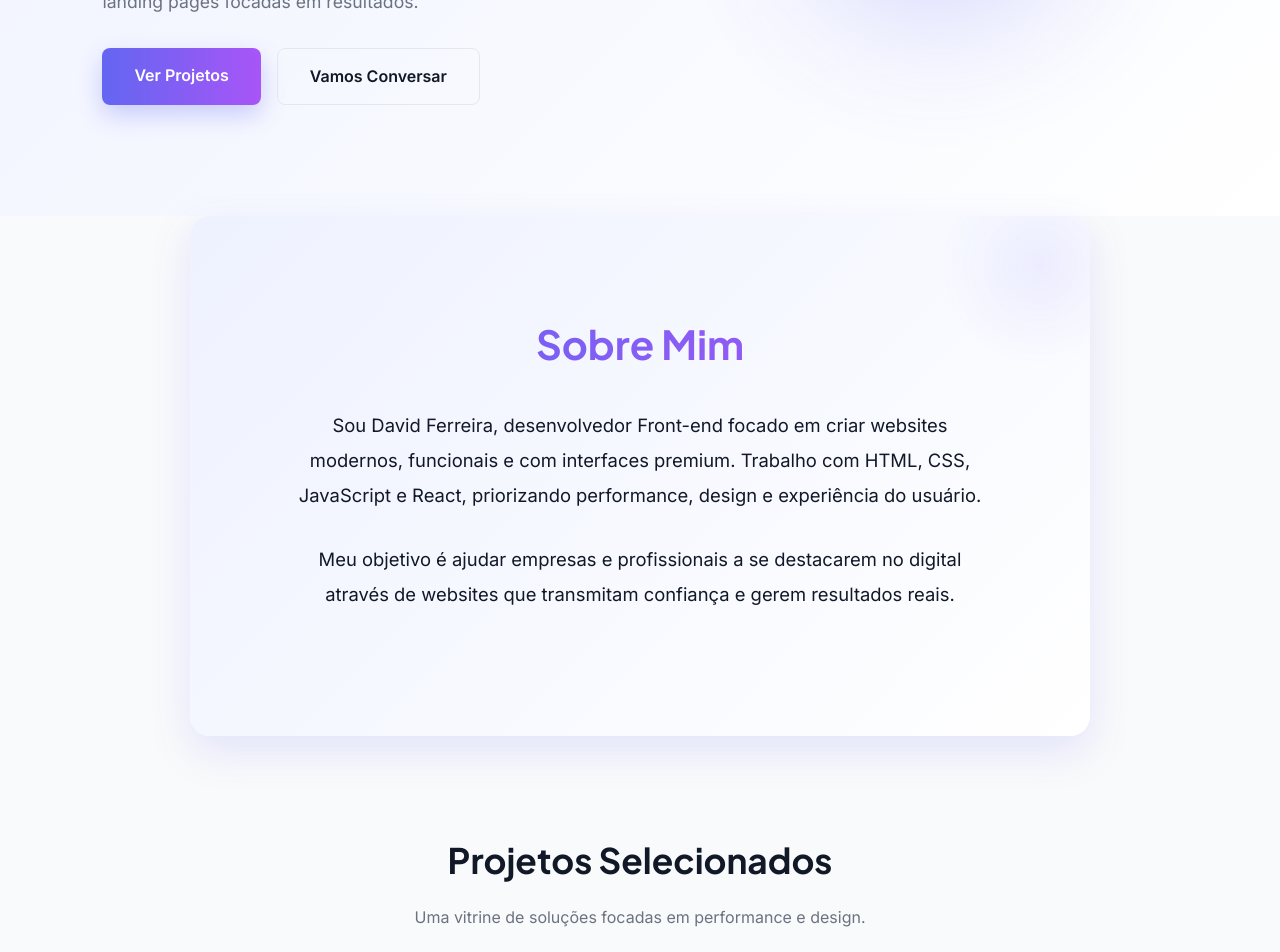
Repository: davidfsillva/David_Ferreira
Page: index.html
An editor plug-in stored every save of this project. The page is shown before and after a run of saves, followed by the edit.
The browser window is 1280 px wide. The pictures show the part of the page from y = 504 to 1456 px (the page is 2824 px tall before and 2789 px after).
Pictures or frames that could not be fetched are drawn as grey boxes.

Above is the page before, as saved 2026-02-11 12:02:45.
Console error: TypeError: Cannot read properties of null (reading 'addEventListener')

### index.html
<!DOCTYPE html>
<html lang="pt-BR">
<head>
    <meta charset="UTF-8">
    <meta name="viewport" content="width=device-width, initial-scale=1.0">

    <title>David Ferreira | Desenvolvedor Front-end & UI Designer Premium</title>

    <!-- SEO Primário -->
    <meta name="description" content="David Ferreira é desenvolvedor front-end especializado em interfaces premium, landing pages de alta conversão e experiências digitais modernas.">
    <meta name="keywords" content="Desenvolvedor Front-end, Web Designer, UI Designer, Landing Page, Desenvolvimento Web, Freelancer Brasil">
    <meta name="author" content="David Ferreira">
    <meta name="robots" content="index, follow">
    <link rel="canonical" href="https://seudominio.com/">

    <!-- Open Graph (Facebook, LinkedIn) -->
    <meta property="og:title" content="David Ferreira | Desenvolvedor Front-end Premium">
    <meta property="og:description" content="Interfaces digitais de alto padrão, focadas em performance e conversão.">
    <meta property="og:image" content="https://seudominio.com/preview.jpg">
    <meta property="og:url" content="https://seudominio.com/">
    <meta property="og:type" content="website">

    <!-- Twitter Card -->
    <meta name="twitter:card" content="summary_large_image">
    <meta name="twitter:title" content="David Ferreira | Web Developer">
    <meta name="twitter:description" content="Desenvolvimento web premium focado em performance e design moderno.">
    <meta name="twitter:image" content="https://seudominio.com/preview.jpg">

    <!-- Favicon -->
    <link rel="icon" href="favicon.ico" type="image/x-icon">

    <!-- Fonts -->
    <link href="https://fonts.googleapis.com/css2?family=Inter:wght@300;400;600&family=Plus+Jakarta+Sans:wght@700;800&display=swap" rel="stylesheet">

    <link rel="stylesheet" href="style.css">
</head>


<body>

    <!-- NAVBAR -->
    <nav class="navbar">
        <div class="logo">David | Web Developer<span>.</span></div>
        <ul class="nav-links">
            <li><a href="#about">Sobre</a></li>
            <li><a href="#portfolio">Projetos</a></li>
            <li><a href="#contact" class="btn-sm">Contato</a></li>
        </ul>
    </nav>

    <!-- HERO -->
    <section class="hero">
        <div class="hero-content">
            <h1>Transformando código em <span>experiências digitais de elite</span></h1>
            <p>Desenvolvedor Front-end especializado em interfaces de alto padrão e landing pages focadas em resultados.</p>
            <div class="hero-btns">
                <a href="#portfolio" class="btn-primary">Ver Projetos</a>
                <a href="#contact" class="btn-secondary">Vamos Conversar</a>
            </div>
        </div>
        <div class="hero-visual">
            <div class="hero-glow"></div>
        </div>
    </section>

    <!-- SOBRE -->
    <section id="about" class="section">
        <h2>Sobre Mim</h2>
        <p>Sou David Ferreira, desenvolvedor Front-end focado em criar websites modernos, funcionais e com interfaces premium. Trabalho com HTML, CSS, JavaScript e React, priorizando performance, design e experiência do usuário.</p>
        <p>Meu objetivo é ajudar empresas e profissionais a se destacarem no digital através de websites que transmitam confiança e gerem resultados reais.</p>
    </section>

    <!-- PORTFÓLIO -->
    <section id="portfolio" class="portfolio">
        <div class="section-header">
            <h2>Projetos Selecionados</h2>
            <p>Uma vitrine de soluções focadas em performance e design.</p>
        </div>
        <div class="portfolio-grid">
            <!-- Projeto 1 -->
            <a href="https://davidfsillva.github.io/Alex-Carter/" target="_blank" class="project-link">
                <div class="project-card">
                    <div class="card-image">
                        <img src="img/alex.png" alt="Projeto Alex Carter">
                        <div class="card-overlay"><span>Ver Detalhes</span></div>
                    </div>
                    <div class="card-info">
                        <h3>Alex Carter | Landing Page</h3>
                        <p>Website de personal branding para atleta profissional.</p>
                    </div>
                </div>
            </a>

            <!-- Projeto 2 -->
            <a href="https://davidfsillva.github.io/e-hammershark/" target="_blank" class="project-link">
                <div class="project-card">
                    <div class="card-image">
                        <img src="img/ecomerce.png" alt="Projeto Hammershark">
                        <div class="card-overlay"><span>Ver Detalhes</span></div>
                    </div>
                    <div class="card-info">
                        <h3>Hammershark | E-commerce</h3>
                        <p>E-commerce de moda fitness, focado em branding e experiência de compra.</p>
                    </div>
                </div>
            </a>

            <!-- Projeto 3 -->
            <a href="https://davidfsillva.github.io/landing-page/" target="_blank" class="project-link">
                <div class="project-card">
                    <div class="card-image">
                        <img src="img/landingpage.png" alt="Projeto Landing Page">
                        <div class="card-overlay"><span>Ver Detalhes</span></div>
                    </div>
                    <div class="card-info">
                        <h3>Lucas Andrade | Landing Page</h3>
                        <p>Landing page estratégica para geração de leads e conversão.</p>
                    </div>
                </div>
            </a>

            <!-- Projeto 4 -->
            <a href="https://davidfsillva.github.io/beatriz-almeida-adv/" target="_blank" class="project-link">
                <div class="project-card">
                    <div class="card-image">
                        <img src="img/adv.png" alt="Projeto Beatriz Almeida Advogados">
                        <div class="card-overlay"><span>Ver Detalhes</span></div>
                    </div>
                    <div class="card-info">
                        <h3>Beatriz Almeida Advogados | Website Institucional</h3>
                        <p>Website institucional transmitindo autoridade e confiança.</p>
                    </div>
                </div>
            </a>
        </div>
    </section>

    <!-- CTA / CONTATO -->
    <section id="contact" class="cta-section">
        <h2>Pronto para elevar seu nível digital?</h2>
        <p>Vamos transformar sua ideia em uma interface de classe mundial.</p>
        <a href="https://wa.me/5599999999999" target="_blank" class="btn-whatsapp">Iniciar Conversa no WhatsApp</a>
    </section>

    <!-- FOOTER -->
    <footer>
        <div class="footer-content">
            <p>&copy; 2026 David Ferreira. Todos os direitos reservados.</p>
            <div class="social-links">
                <a href="#" target="_blank">Instagram</a>
                <a href="#" target="_blank">LinkedIn</a>
                <a href="#" target="_blank">GitHub</a>
            </div>
        </div>
    </footer>

    <script src="scripts.js"></script>
</body>
</html>
</html>

### style.css
:root {
  --primary: #6366f1;
  --primary-light: #818cf8;
  --accent: #a855f7;
  --text-dark: #111827;
  --text-light: #6b7280;
  --bg-light: #f9fafb;
  --white: #ffffff;
  --transition: all 0.3s ease;
}

/* RESET */
* {
  margin: 0;
  padding: 0;
  box-sizing: border-box;
}

html {
  scroll-behavior: smooth;
}

body {
  font-family: 'Inter', sans-serif;
  background: var(--bg-light);
  color: var(--text-dark);
  line-height: 1.6;
  animation: fadePage 0.8s ease-in-out;
}

@keyframes fadePage {
  from { opacity: 0; transform: translateY(10px); }
  to { opacity: 1; transform: translateY(0); }
}

/* NAVBAR */
.navbar {
  position: fixed;
  width: 100%;
  top: 0;
  padding: 1.5rem 8%;
  display: flex;
  justify-content: space-between;
  align-items: center;
  background: rgba(255,255,255,0.85);
  backdrop-filter: blur(12px);
  box-shadow: 0 4px 20px rgba(0,0,0,0.05);
  z-index: 1000;
  transition: var(--transition);
}

.logo {
  font-family: 'Plus Jakarta Sans', sans-serif;
  font-weight: 800;
  font-size: 1.5rem;
}

.logo span {
  color: var(--primary);
}

.nav-links {
  display: flex;
  list-style: none;
  gap: 2rem;
}

.nav-links a {
  text-decoration: none;
  color: var(--text-light);
  font-weight: 500;
  transition: var(--transition);
}

.nav-links a:hover {
  color: var(--primary);
  transform: translateY(-2px);
}

/* HERO */
.hero {
  min-height: 100vh;
  padding: 120px 8% 60px;
  display: flex;
  align-items: center;
  justify-content: space-between;
  background: linear-gradient(135deg, #eef2ff, #ffffff);
  flex-wrap: wrap;
}

.hero-content {
  max-width: 600px;
  animation: heroFade 1s ease 0.2s both;
}

@keyframes heroFade {
  from { opacity: 0; transform: translateY(40px); }
  to { opacity: 1; transform: translateY(0); }
}

.badge {
  display: inline-block;
  padding: 0.5rem 1rem;
  background: rgba(99,102,241,0.1);
  color: var(--primary);
  border-radius: 20px;
  font-size: 0.8rem;
  font-weight: 600;
  margin-bottom: 1.5rem;
}

.hero h1 {
  font-family: 'Plus Jakarta Sans', sans-serif;
  font-size: clamp(2rem, 5vw, 3.5rem);
  line-height: 1.2;
  margin-bottom: 1.5rem;
}

.hero h1 span {
  background: linear-gradient(90deg, var(--primary), var(--accent));
  -webkit-background-clip: text;
  -webkit-text-fill-color: transparent;
}

.hero p {
  font-size: 1.1rem;
  color: var(--text-light);
  margin-bottom: 2rem;
}

/* BUTTONS */
.btn-primary,
.btn-secondary,
.btn-whatsapp {
  display: inline-block;
  padding: 0.9rem 2rem;
  border-radius: 8px;
  text-decoration: none;
  font-weight: 600;
  transition: all 0.3s ease;
  position: relative;
  overflow: hidden;
}

.btn-primary {
  background: linear-gradient(90deg, var(--primary), var(--accent));
  color: white;
  box-shadow: 0 10px 25px rgba(99,102,241,0.3);
}

.btn-primary:hover {
  transform: translateY(-4px) scale(1.03);
}

.btn-primary:active {
  transform: scale(0.96);
}

.btn-primary::after {
  content: "";
  position: absolute;
  width: 200%;
  height: 200%;
  background: radial-gradient(circle, rgba(255,255,255,0.4), transparent 60%);
  top: -50%;
  left: -50%;
  opacity: 0;
  transition: opacity 0.4s ease;
}

.btn-primary:hover::after {
  opacity: 1;
}

.btn-secondary {
  border: 1px solid #e5e7eb;
  color: var(--text-dark);
  margin-left: 1rem;
}

.btn-secondary:hover {
  background: #f3f4f6;
  transform: translateY(-4px);
}

.btn-secondary:active {
  transform: scale(0.96);
}

.btn-whatsapp {
  background: #25d366;
  color: white;
}

.btn-whatsapp:hover {
  transform: translateY(-4px) scale(1.03);
}

.btn-whatsapp:active {
  transform: scale(0.96);
}

.hero-btns {
  display: flex;
  flex-wrap: wrap;
}

#about {
  text-align: center;
  max-width: 900px; /* ocupa mais largura sem ficar exagerado */
  margin: 0 auto;
  padding: 6rem 8%;
  background: linear-gradient(135deg, #eef2ff 0%, #ffffff 100%); /* combina com hero */
  border-radius: 20px; /* bordas suaves */
  box-shadow: 0 15px 40px rgba(99,102,241,0.15); /* sombra leve e elegante */
  position: relative;
  overflow: hidden;
}

#about::before {
  content: "";
  position: absolute;
  width: 200px;
  height: 200px;
  background: radial-gradient(circle, rgba(163,155,253,0.2), transparent 70%);
  top: -50px;
  right: -50px;
  border-radius: 50%;
  z-index: 0;
  animation: pulseGlow 6s infinite ease-in-out;
}

#about h2 {
  font-family: 'Plus Jakarta Sans', sans-serif;
  font-size: clamp(2rem, 4vw, 2.5rem);
  margin-bottom: 2rem;
  position: relative;
  z-index: 1;
  background: linear-gradient(90deg, var(--primary), var(--accent));
  -webkit-background-clip: text;
  -webkit-text-fill-color: transparent;
}

#about p {
  font-size: 1.15rem;
  line-height: 1.9;
  color: var(--text-dark);
  margin-bottom: 1.8rem;
  position: relative;
  z-index: 1;
  opacity: 0;
  transform: translateY(20px);
  animation: fadeUp 1s forwards;
  animation-delay: 0.3s;
}

/* Animação suave */
@keyframes fadeUp {
  to {
    opacity: 1;
    transform: translateY(0);
  }
}



/* HERO VISUAL */
.hero-visual {
  flex: 1;
  min-height: 400px;
  display: flex;
  justify-content: center;
  align-items: center;
}

.hero-glow {
  width: 350px;
  height: 350px;
  background: radial-gradient(circle, rgba(99,102,241,0.4), transparent 70%);
  border-radius: 50%;
  filter: blur(60px);
  animation: pulseGlow 4s infinite ease-in-out;
}

@keyframes pulseGlow {
  0% { transform: scale(1); opacity: 0.7; }
  50% { transform: scale(1.1); opacity: 1; }
  100% { transform: scale(1); opacity: 0.7; }
}

/* PORTFOLIO */
.portfolio {
  padding: 6rem 8%;
}

.section-header {
  text-align: center;
  margin-bottom: 4rem;
}

.section-header h2 {
  font-family: 'Plus Jakarta Sans', sans-serif;
  font-size: 2.2rem;
  margin-bottom: 1rem;
}

.section-header p {
  color: var(--text-light);
}

.portfolio-grid {
  display: grid;
  grid-template-columns: repeat(auto-fit, minmax(280px, 1fr));
  gap: 2rem;
}

.project-card {
  background: var(--white);
  border-radius: 16px;
  overflow: hidden;
  box-shadow: 0 10px 30px rgba(0,0,0,0.06);
  cursor: pointer;
  transition: transform 0.4s ease, box-shadow 0.4s ease;
  will-change: transform;
}

.project-card:hover {
  transform: translateY(-12px) scale(1.03);
  box-shadow: 0 25px 50px rgba(99,102,241,0.2);
}

.card-image {
  position: relative;
  overflow: hidden;
}

.card-image img {
  width: 100%;
  height: 220px;
  object-fit: cover;
  display: block;
  transition: transform 0.6s ease;
}

.project-card:hover .card-image img {
  transform: scale(1.08);
}

.card-overlay {
  position: absolute;
  inset: 0;
  background: rgba(99,102,241,0.8);
  display: flex;
  justify-content: center;
  align-items: center;
  color: white;
  font-weight: 600;
  opacity: 0;
  transition: opacity 0.4s ease;
}

.project-card:hover .card-overlay {
  opacity: 1;
}

.card-info {
  padding: 1.5rem;
}

.card-info h3 {
  margin-bottom: 0.5rem;
}

.card-info p {
  color: var(--text-light);
}

.project-link {
  text-decoration: none;
  color: inherit;
  display: block;
}


/* CTA */
.cta-section {
  padding: 5rem 8%;
  text-align: center;
  background: linear-gradient(135deg, #eef2ff, #ffffff);
}

/* FOOTER */
footer {
  padding: 2rem 8%;
  background: var(--white);
  border-top: 1px solid #e5e7eb;
}

.footer-content {
  display: flex;
  justify-content: space-between;
  flex-wrap: wrap;
  gap: 1rem;
}

.social-links a {
  text-decoration: none;
  margin-left: 1rem;
  color: var(--text-light);
  transition: var(--transition);
}

.social-links a:hover {
  color: var(--primary);
  transform: translateY(-2px);
}

.cta-section p {
  color: var(--text-light);
  margin-bottom: 2.5rem; /* aumenta espaço abaixo do texto */
}

.btn-whatsapp {
  display: inline-block;
  background: #25d366;
  color: white;
  padding: 1rem 2rem;
  border-radius: 8px;
  text-decoration: none;
  font-weight: 600;
  transition: var(--transition);
  margin-top: 0.5rem; /* pequeno respiro extra */
}


/* MODAL */
.modal-overlay {
  position: fixed;
  inset: 0;
  background: rgba(0,0,0,0.6);
  display: none;
  justify-content: center;
  align-items: center;
  padding: 2rem;
  z-index: 2000;
}

.modal-content {
  background: white;
  width: 100%;
  max-width: 900px;
  border-radius: 20px;
  overflow: hidden;
  animation: modalZoom 0.4s cubic-bezier(.23,1,.32,1);
  position: relative;
}

@keyframes modalZoom {
  from { opacity: 0; transform: scale(0.85) translateY(20px); }
  to { opacity: 1; transform: scale(1) translateY(0); }
}

.modal-body {
  display: grid;
  grid-template-columns: 1fr 1fr;
}

.modal-img {
  min-height: 300px;
  background-size: cover !important;
}

.modal-text {
  padding: 2rem;
}

.close-modal {
  position: absolute;
  top: 20px;
  right: 25px;
  background: none;
  border: none;
  font-size: 2rem;
  cursor: pointer;
  transition: transform 0.3s ease;
}

.close-modal:hover {
  transform: rotate(90deg);
}

/* RESPONSIVO */
@media (max-width: 900px) {
  .hero {
    flex-direction: column;
    text-align: center;
  }

  .hero-visual {
    margin-top: 3rem;
  }

  .modal-body {
    grid-template-columns: 1fr;
  }
}

@media (max-width: 600px) {
  .navbar {
    padding: 1rem 5%;
  }

  .nav-links {
    display: none;
  }

  .hero {
    padding: 100px 5% 60px;
  }

  .portfolio {
    padding: 4rem 5%;
  }

  .cta-section {
    padding: 4rem 5%;
  }

  footer {
    padding: 2rem 5%;
  }

  .footer-content {
    flex-direction: column;
    text-align: center;
  }

  .social-links a {
    margin: 0 0.5rem;
  }
}

### scripts.js
// =============================
// NAVBAR SCROLL EFFECT
// =============================
const navbar = document.querySelector(".navbar");

window.addEventListener("scroll", () => {
  if (window.scrollY > 50) {
    navbar.style.padding = "1rem 8%";
    navbar.style.boxShadow = "0 8px 25px rgba(0,0,0,0.08)";
  } else {
    navbar.style.padding = "1.5rem 8%";
    navbar.style.boxShadow = "0 4px 20px rgba(0,0,0,0.05)";
  }
});

// =============================
// MODAL FUNCTIONALITY
// =============================
const modal = document.querySelector(".modal-overlay");
const modalImg = document.querySelector(".modal-img");
const modalTitle = document.querySelector(".modal-text h3");
const modalDesc = document.querySelector(".modal-text p");
const closeModal = document.querySelector(".close-modal");

const projectCards = document.querySelectorAll(".project-card");

projectCards.forEach(card => {
  card.addEventListener("click", () => {
    const title = card.querySelector("h3").innerText;
    const desc = card.querySelector("p").innerText;
    const img = card.querySelector("img").src;

    modalTitle.innerText = title;
    modalDesc.innerText = desc;
    modalImg.style.backgroundImage = `url(${img})`;

    modal.style.display = "flex";
    document.body.style.overflow = "hidden";
  });
});

// Fechar modal
closeModal.addEventListener("click", () => {
  modal.style.display = "none";
  document.body.style.overflow = "auto";
});

// Fechar clicando fora
modal.addEventListener("click", (e) => {
  if (e.target === modal) {
    modal.style.display = "none";
    document.body.style.overflow = "auto";
  }
});

// Fechar com ESC
document.addEventListener("keydown", (e) => {
  if (e.key === "Escape") {
    modal.style.display = "none";
    document.body.style.overflow = "auto";
  }
});

// =============================
// SCROLL REVEAL ANIMATION
// =============================
const revealElements = document.querySelectorAll(
  ".hero-content, .project-card, .section-header, .cta-section"
);

const observer = new IntersectionObserver(
  (entries) => {
    entries.forEach(entry => {
      if (entry.isIntersecting) {
        entry.target.style.opacity = "1";
        entry.target.style.transform = "translateY(0)";
      }
    });
  },
  { threshold: 0.2 }
);

revealElements.forEach(el => {
  el.style.opacity = "0";
  el.style.transform = "translateY(40px)";
  el.style.transition = "all 0.8s ease";
  observer.observe(el);
});

// =============================
// BUTTON MICRO INTERACTION
// =============================
const buttons = document.querySelectorAll(".btn-primary, .btn-secondary, .btn-whatsapp");

buttons.forEach(btn => {
  btn.addEventListener("mouseenter", () => {
    btn.style.transform = "scale(1.05)";
  });

  btn.addEventListener("mouseleave", () => {
    btn.style.transform = "scale(1)";
  });
});

After the next 2 saves:
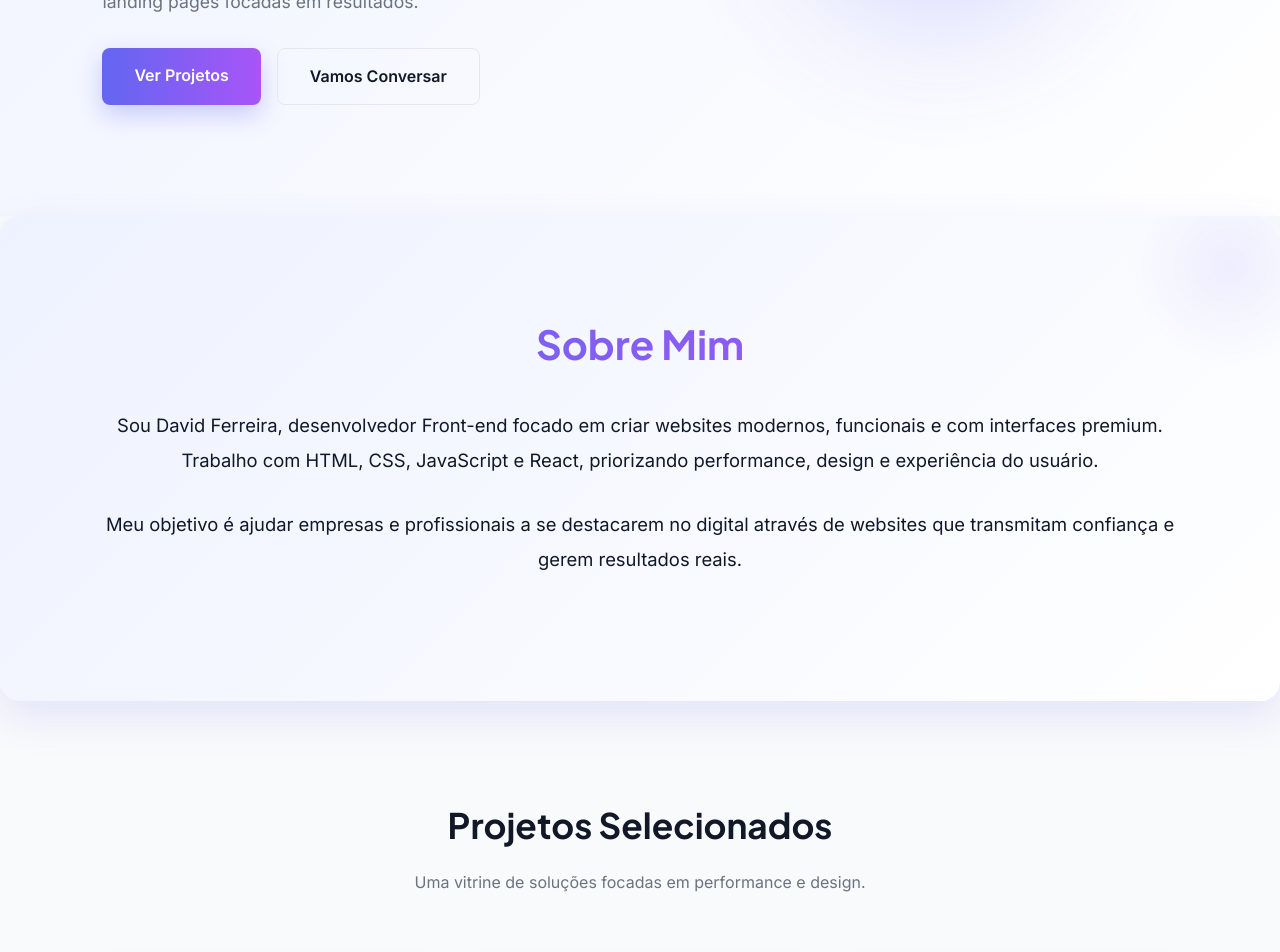
The 2 saves are shown as one change because they came seconds apart.
The last was saved 31 s later.
--- a/style.css
+++ b/style.css
@@ -207,7 +207,7 @@ body {
 
 #about {
   text-align: center;
-  max-width: 900px; /* ocupa mais largura sem ficar exagerado */
+  max-width: 1300px; /* ocupa mais largura sem ficar exagerado */
   margin: 0 auto;
   padding: 6rem 8%;
   background: linear-gradient(135deg, #eef2ff 0%, #ffffff 100%); /* combina com hero */
